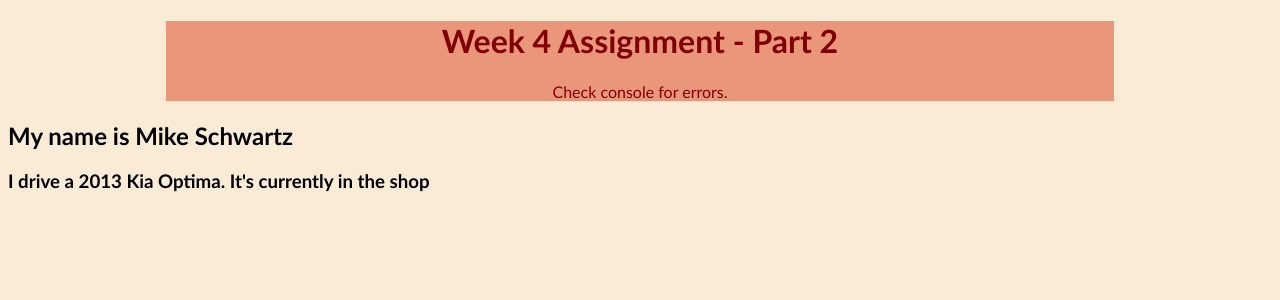
Repository: Ellusionism/prime-pw-week-4-assignment-part-2
Page: assignment/index.html
The author's editor kept a copy of each file at every save. The page is drawn from the files as they stood at one save, then again after a run of saves.
The browser window is 1280 px wide. The pictures show the whole page.

Above is the page before, as saved 2022-11-16 18:06:13.

After the next 2 saves:
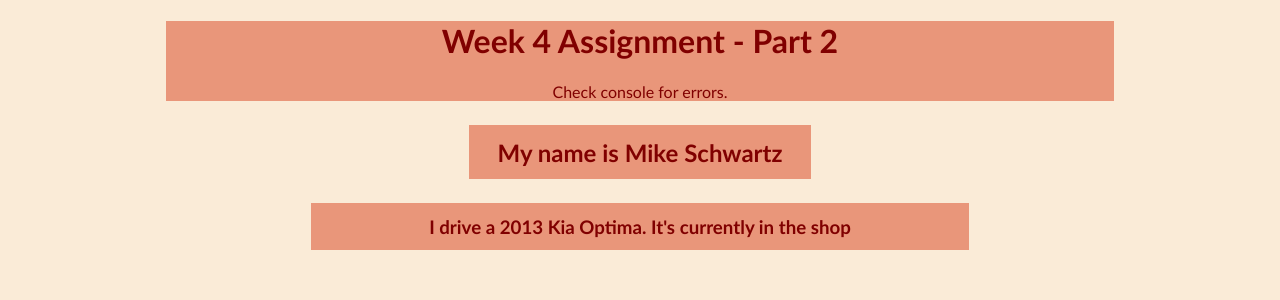
The 2 saves are shown as one change because they came seconds apart.
The last was saved 12 s later.
--- a/assignment/index.html
+++ b/assignment/index.html
@@ -13,8 +13,8 @@
       <p>Check console for errors.</p>
   </header>
   <div>
-    <h2 class="info, nameInfo"> My name is Mike Schwartz </h2>
+    <h2 class="info nameInfo"> My name is Mike Schwartz </h2>
   </div>
-  <h3 class="info, carInfo">I drive a 2013 Kia Optima. It's currently in the shop</h3>
+  <h3 class="info carInfo">I drive a 2013 Kia Optima. It's currently in the shop</h3>
   </body>
 </html>
